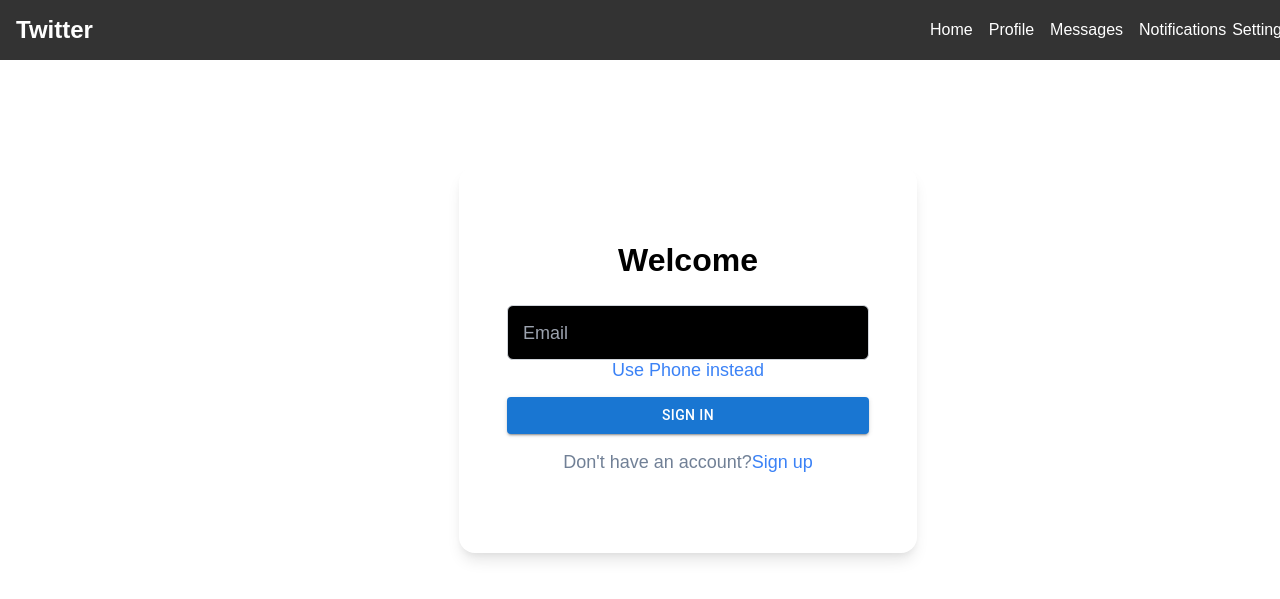
Repository: rakeshpuppala2590/Credit_karma
Page: / (app in client/)
An editor plug-in stored every save of this project. The page is shown before and after the next save, followed by the edit.
The browser window is 1280 px wide. The pictures show the whole page.
The project was rebuilt for these pictures with package versions that can differ from the ones it lists, and the page was loaded fresh each time.

Above is the page before, as saved 2024-06-15 15:02:08.

After the next save:
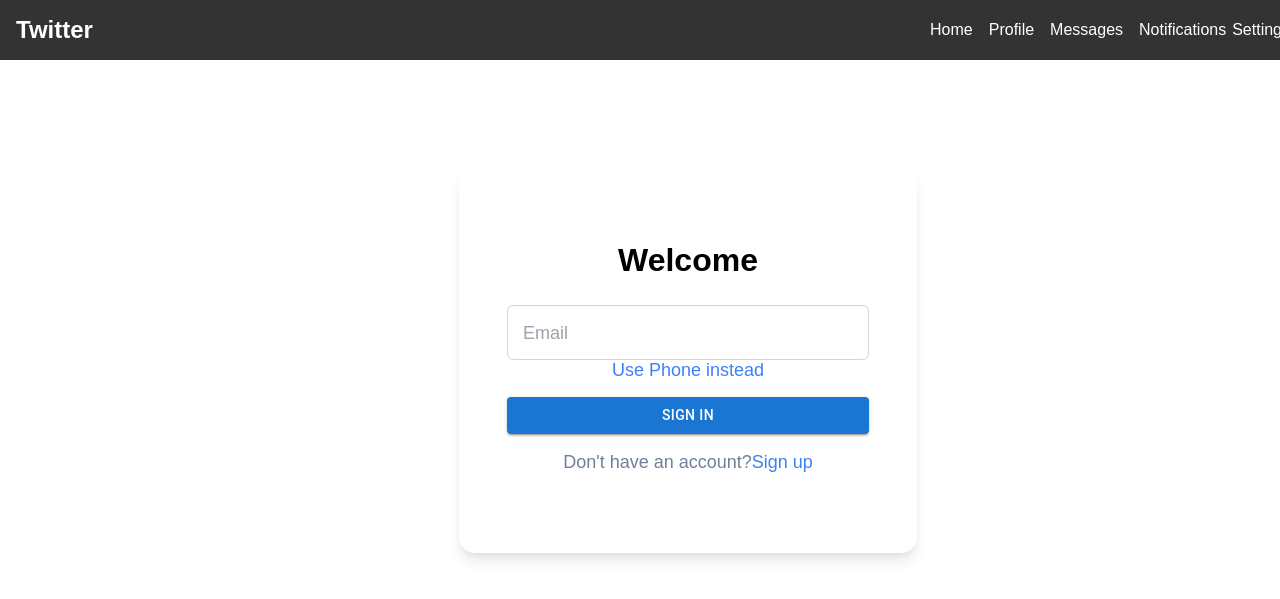
Saved 19 s later.
--- a/client/src/App.css
+++ b/client/src/App.css
@@ -188,7 +188,7 @@
   border-radius: 0.375rem; /* Tailwind 'rounded-md' */
   padding: 1.5rem 1rem 0.5rem 1rem; /* Adjusted padding */
   width: 100%;
-  background-color: black; /* Changed background color to black */
+   /* Changed background color to black */
   transition: border-color 0.3s, background-color 0.3s;
   font-size: 1.125rem; /* Increased font size */
   box-sizing: border-box; /* Ensures padding is included in the width */
